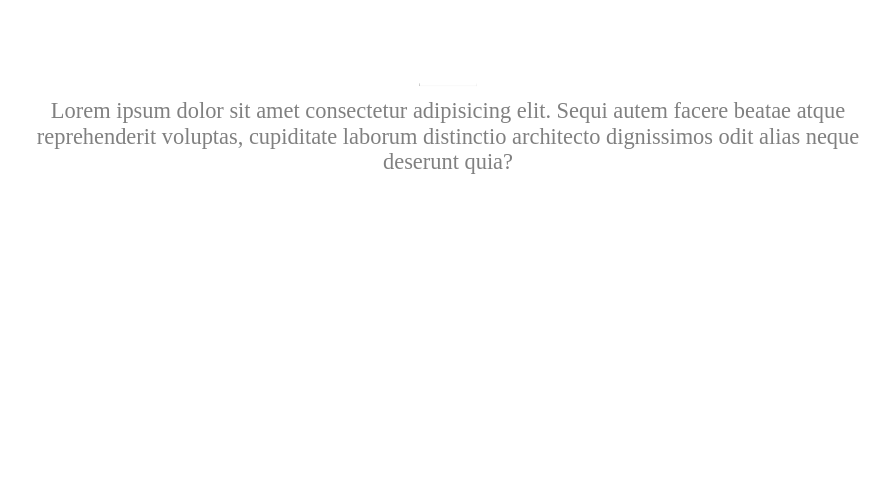
Repository: MohmdMHR/limesharp-test
Page: /
These files come from the project's save history. The page is drawn as it stood at one moment and after the next save; the edit follows.
The browser window is 1280 px wide. The pictures show the part of the page from y = 0 to 1920 px (the page is 720 px tall before and 5331 px after), at 70% of full size.
The project was rebuilt for these pictures with package versions that can differ from the ones it lists, and the page was loaded fresh each time. Also part of the build but not shown: vue.config.js.

Above is the page before, as saved 2022-07-20 17:41:07.

### src/main.js
import Vue from "vue";
import Main from "./Main.vue";

Vue.config.productionTip = false;

new Vue({
  render: (h) => h(Main),
}).$mount("#app");

### src/Main.vue
<template>
  <div class="container">
    <h1 class="main-title">Experienced & multi-talented</h1>
    <hr class="spacer" />
    <div class="main-content">
      Lorem ipsum dolor sit amet consectetur adipisicing elit. Sequi autem
      facere beatae atque reprehenderit voluptas, cupiditate laborum distinctio
      architecto dignissimos odit alias neque deserunt quia?
    </div>
    <div class="cards-container">
      <card
        v-for="(card, index) in numberOfCards"
        :key="index"
        :title="block"
      ></card>
    </div>
  </div>
</template>

<script>
import Card from "./components/card.vue";

export default {
  name: "App",
  components: {
    Card,
  },
};
</script>

<style lang="scss" scoped>
.main-title {
  color: white;
  text-align: center;
  font-size: 3rem;
}
.spacer {
  border-top: 3px solid white;
  width: 5rem;
}
.main-content {
  color: gray;
  text-align: center;
  margin: 1rem 2rem;
  font-size: 2rem;
}
.cards-container {
  display: grid;
  grid-template-columns: repeat(auto-fit, 25rem);
  justify-content: center;
}
</style>

### src/components/card.vue
<template>
  <div class="card container">
    <div class="card-banner-img">i</div>
    <div class="card-content">
      <h1 class="card-content-title">{{ title }}</h1>
      <p class="card-content-text" :class="{ collapsed: collapsed }">
        Lorem, ipsum dolor sit amet consectetur adipisicing elit. Iste et ullam
        voluptatibus a molestiae deleniti necessitatibus dolor.
      </p>
    </div>

    <div
      class="card-btn"
      :class="{ toggled: collapsed }"
      @click="collapse()"
    ></div>
  </div>
</template>

<script>
export default {
  name: "SingleCard",
  data() {
    return {
      collapsed: false,
    };
  },
  props: {
    title: {
      type: String,
      Default: "Block",
    },
  },
  methods: {
    collapse() {
      this.collapsed = !this.collapsed;
    },
  },
};
</script>

<style lang="scss" scoped>
.card {
  border-radius: 0.5rem;
  position: relative;
  margin: 0.5rem;
}
.card-banner-img {
  overflow: hidden;
  background-color: gray;
  text-align: center;
  height: 40rem;
}
.card-content-title {
  color: white;
  text-transform: uppercase;
  text-align: center;
}
.card-content-text {
  color: white;
  text-transform: uppercase;
  text-align: center;
  height: 60rem;
  &.collapsed {
    height: 100%;

    position: absolute;
    z-index: 1;
  }
}
.card-btn {
  cursor: pointer;
  height: 2rem;
  position: relative;
  width: 2rem;
  &:before,
  &:after {
    background: black;
    content: "";
    height: 0.5rem;
    left: 0;
    position: absolute;
    top: 0;
    width: 2rem;
    transition: transform 500ms ease;
  }
  &:after {
    transform-origin: center;
  }
  &.toggled {
    &:after {
      transform: rotate(90deg);
    }
    &:before {
      transform: rotate(180deg);
    }
  }
}
</style>

Loaded but not shown: public/index.html (common file)

After the next save:
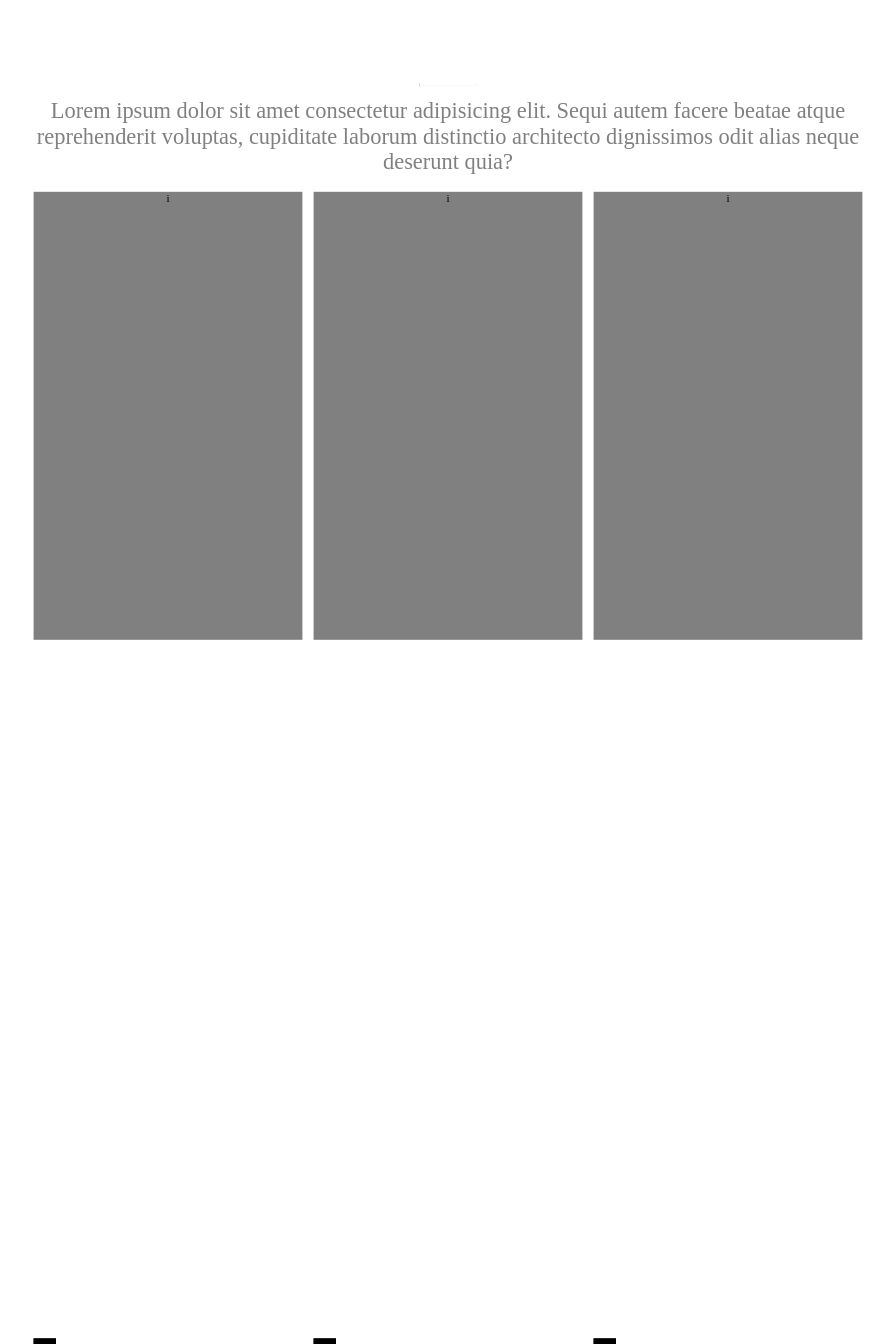
Saved 28 s later.
--- a/src/Main.vue
+++ b/src/Main.vue
@@ -25,6 +25,11 @@ export default {
   components: {
     Card,
   },
+  data() {
+    return {
+      numberOfCards: 8,
+    };
+  },
 };
 </script>
 
